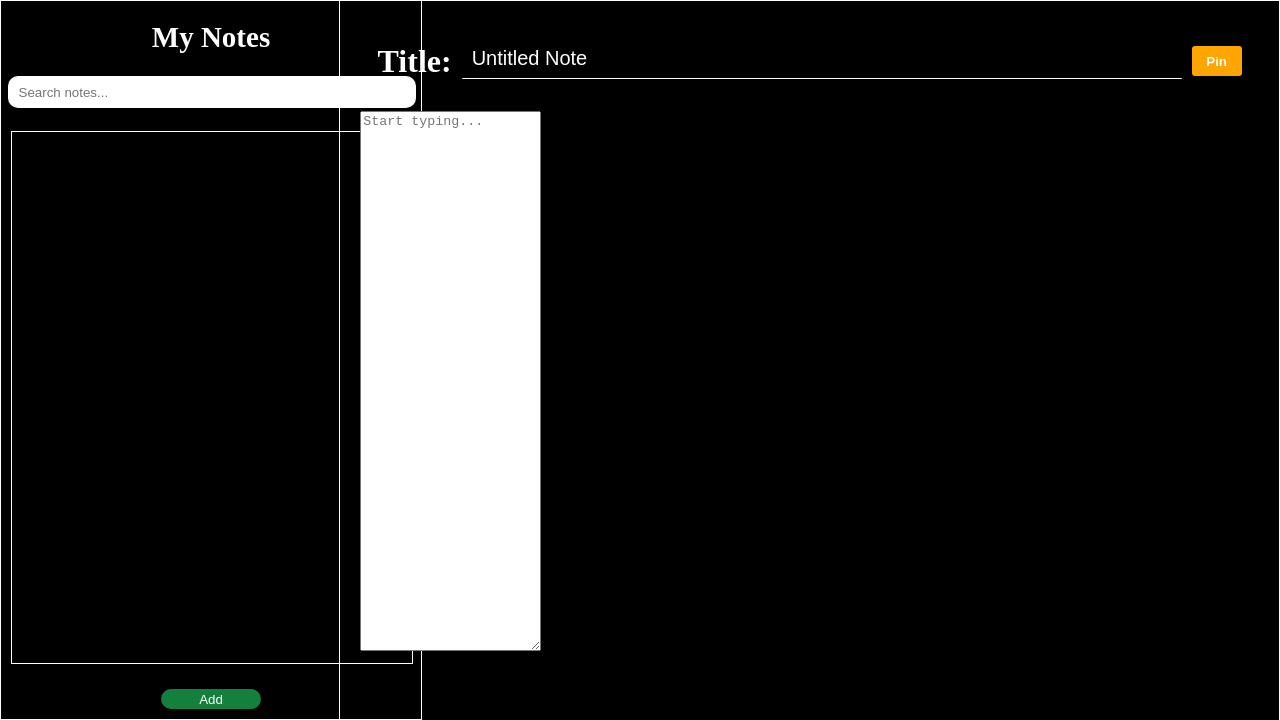
Repository: dmpelaez/myNotes
Page: QuickNotes.html
The author's editor kept a copy of each file at every save. The page is drawn from the files as they stood at one save, then again after the next save.
The browser window is 1280 px wide. The pictures show the whole page.

Above is the page before, as saved 2025-12-18 21:21:37.

After the next save:
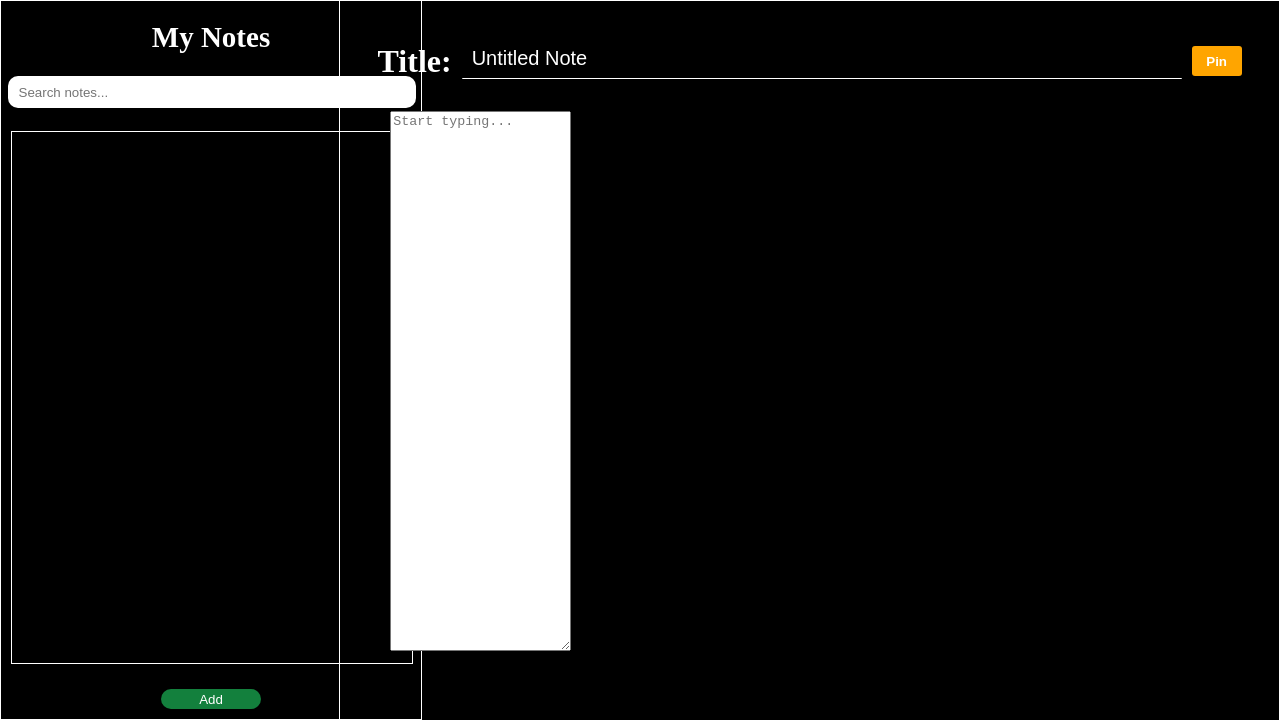
Saved 9 s later.
--- a/QuickNotes.css
+++ b/QuickNotes.css
@@ -123,5 +123,5 @@ body {
 .texting-area {
   display: flex;
   justify-self: start;
-  padding-left: 20px;
+  padding-left: 50px;
 }
